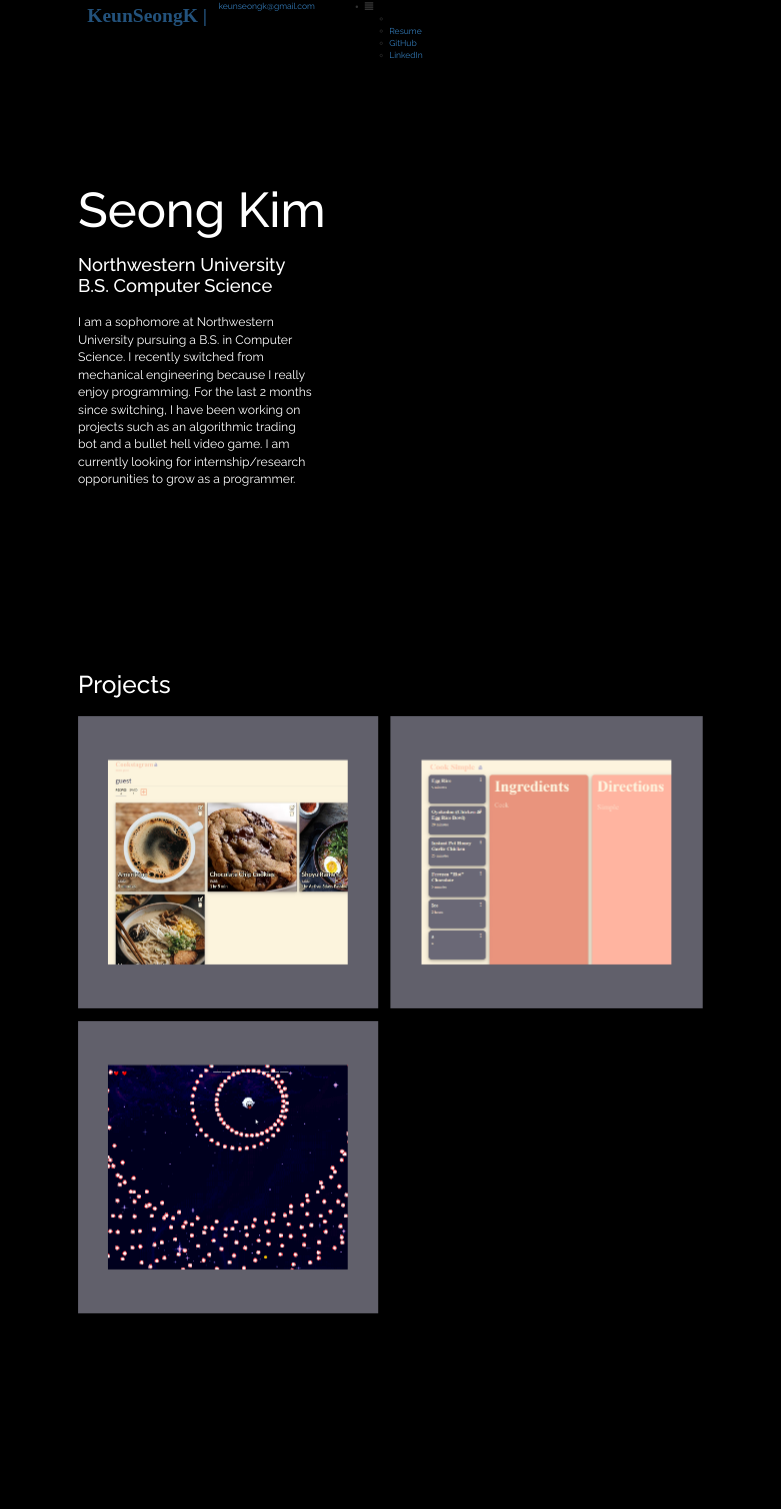
Repository: oqueuo/personal-site
Page: index.html
These files come from the project's save history. The page is drawn as it stood at one moment and after the next save; the edit follows.
The browser window is 1280 px wide. The pictures show the whole page, at 61% of full size.
The pointer rests on the first visible `header h1 a`.

Above is the page before, as saved 2020-09-21 19:36:18.

After the next save:
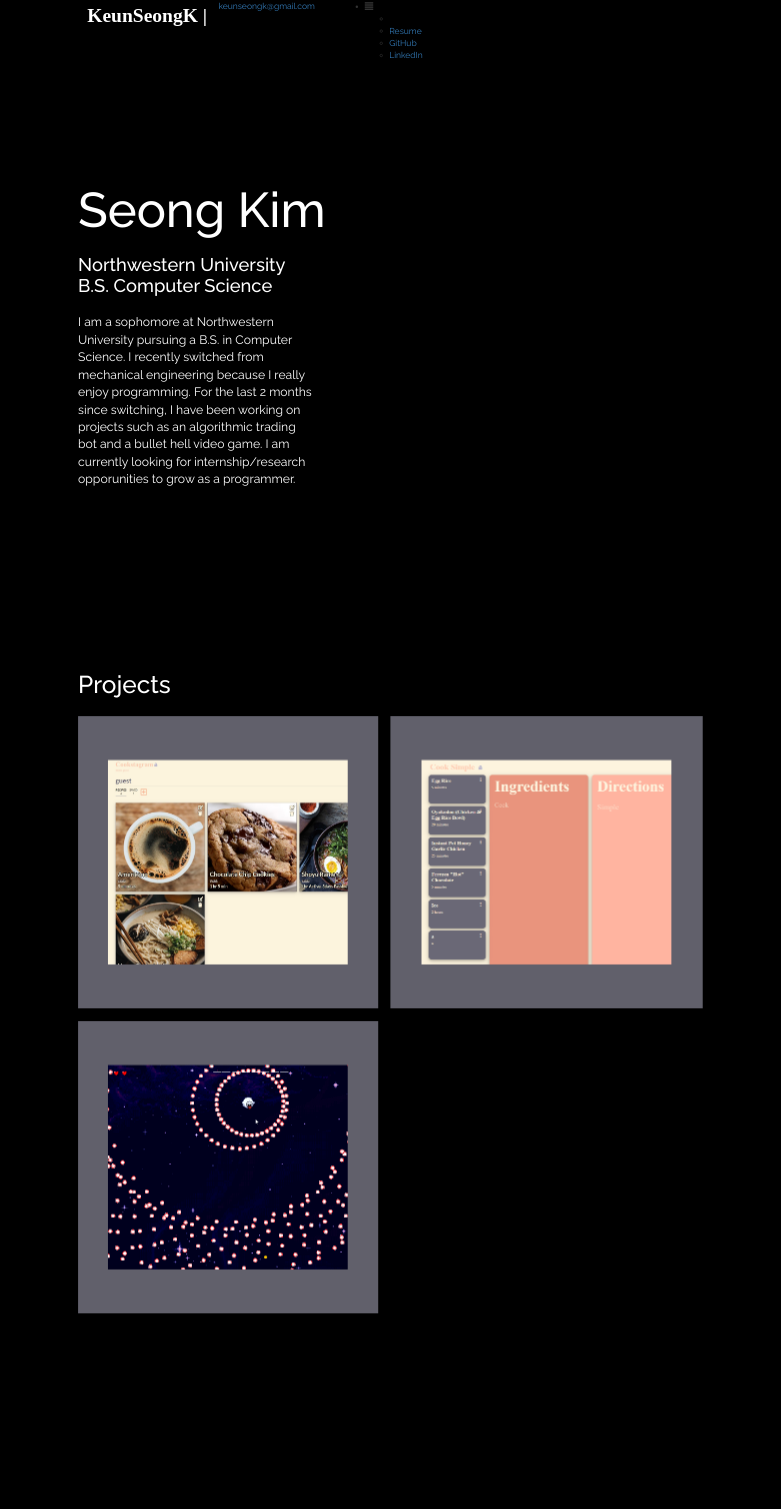
Saved 13 s later.
--- a/styles.css
+++ b/styles.css
@@ -39,7 +39,7 @@ header {
 
         }
         header h1 a:hover {
-            text-decoration: none;
+            color: white;
         }
     header #email {
         text-decoration: none;
